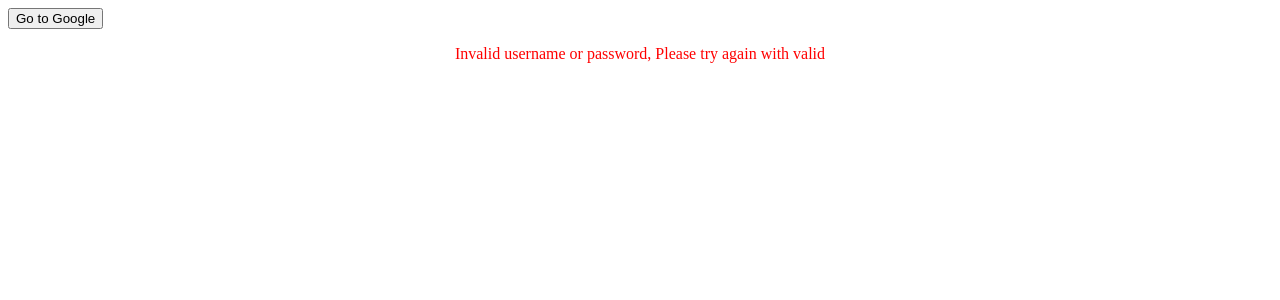
Repository: Berilinanir/Login-Logout-System
Page: Loginn/WebContent/error.html
These files come from the project's save history. The page is drawn as it stood at one moment and after the next save; the edit follows.
The browser window is 1280 px wide. The pictures show the whole page.

Above is the page before, as saved 2018-10-14 09:13:51.

### Loginn/WebContent/error.html
<!DOCTYPE html>
<html>
<head>
<meta charset="UTF-8">
<title>Insert title here</title>

<form action="login.html">
    <input type="submit" value="Go to Google" />
</form>

<link rel="stylesheet" href="style4.css">



</head>
<body>



<p style="color:red" align="center"  >Invalid username or password, Please try again with valid </p>





</body>


</html>

Loaded but not shown: Loginn/WebContent/style4.css (common file)

After the next save:
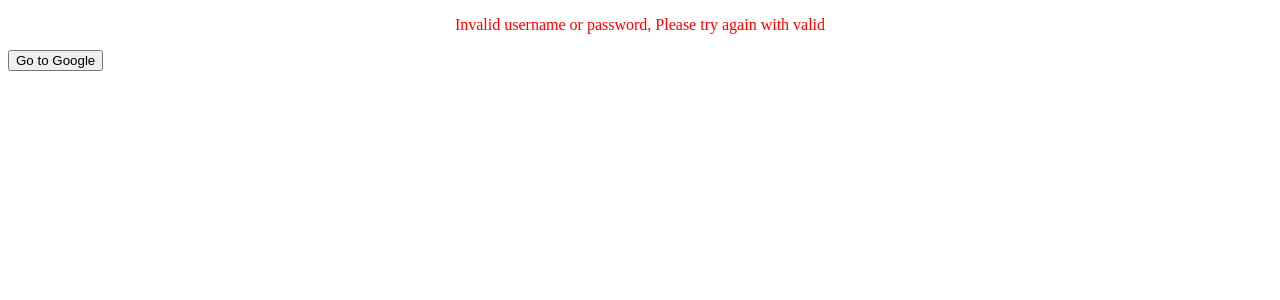
Saved 15 s later.
--- a/Loginn/WebContent/error.html
+++ b/Loginn/WebContent/error.html
@@ -4,9 +4,7 @@
 <meta charset="UTF-8">
 <title>Insert title here</title>
 
-<form action="login.html">
-    <input type="submit" value="Go to Google" />
-</form>
+
 
 <link rel="stylesheet" href="style4.css">
 
@@ -25,5 +23,7 @@
 
 </body>
 
-
+<form action="login.html">
+    <input type="submit" value="Go to Google" />
+</form>
 </html>
